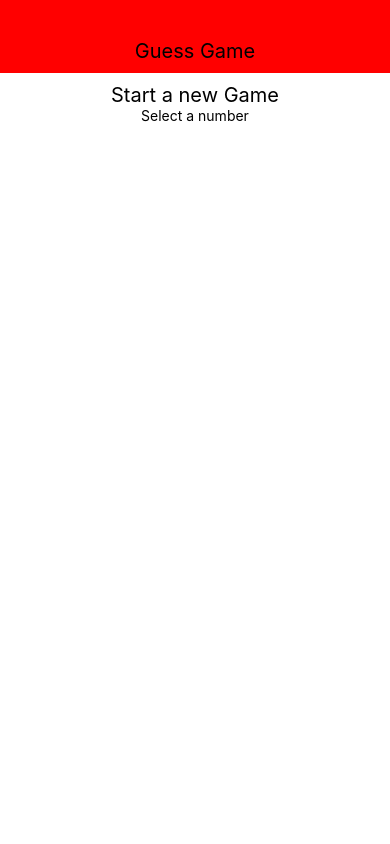
Repository: Celebration-cloud/Guess-number
Screen: /
These files come from the project's save history. The screen is drawn as it stood at one moment and after the next save; the edit follows.
The app was drawn by React Native's web renderer in a window 390 px wide. The project was rebuilt for these pictures with package versions that can differ from the ones it lists, and the page was loaded fresh each time.

Above is the screen before, as saved 2024-06-10 12:48:11.

After the next save:
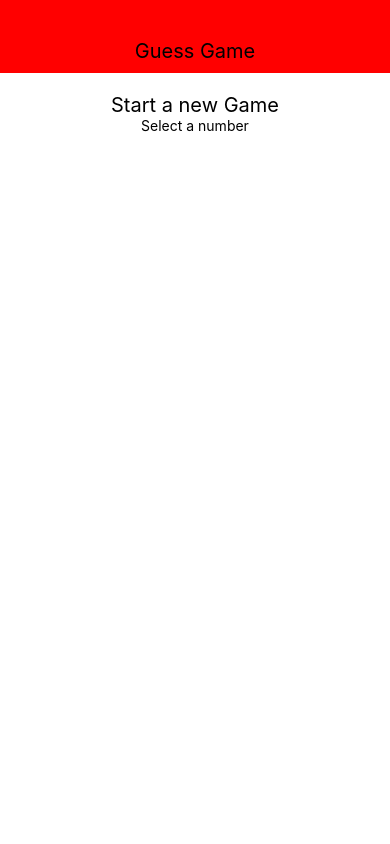
Saved 8 s later.
--- a/App.js
+++ b/App.js
@@ -17,6 +17,6 @@ const styles = StyleSheet.create({
   container: {
     flex: 1,
     alignItems: "center",
-    gap: 10
+    gap: 20
   },
 });
